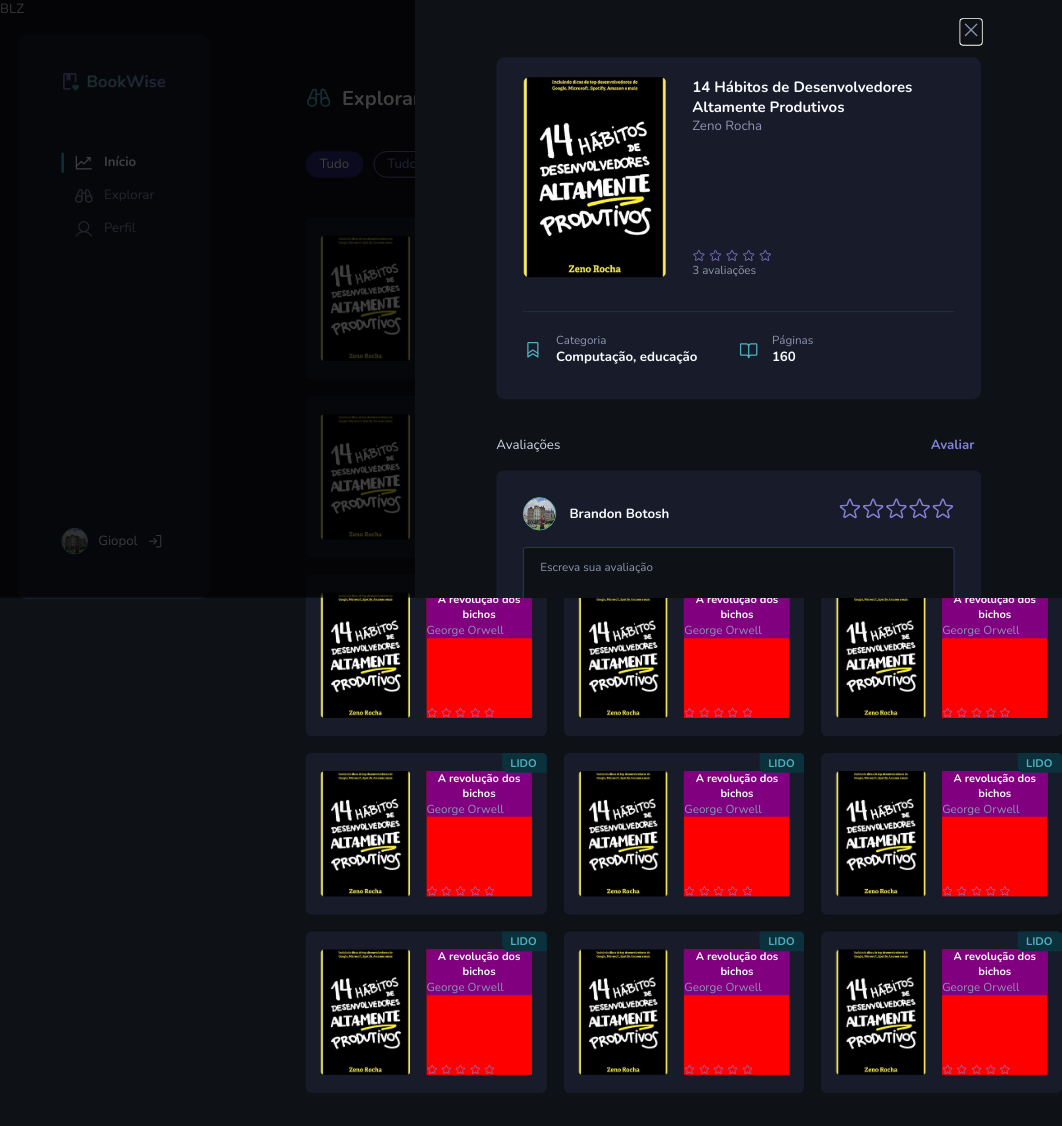
Repository: Giopol12/book-wise
Page: /explore/index.page, after clicking the first element matching `button.c-cppffh`
The author's editor kept a copy of each file at every save. The page is drawn from the files as they stood at one save, then again after a run of saves.
The browser window is 1280 px wide. The pictures show the whole page, at 83% of full size.
An inner scrolling area shows only its first screen. The project was rebuilt for these pictures with package versions that can differ from the ones it lists, and the page was loaded fresh each time. The framework's server and built-in components were replaced by stand-ins that run in the browser. Also part of the build but not shown: next.config.js.

Above is the page before, as saved 2023-10-31 10:30:15.

After the next 3 saves:
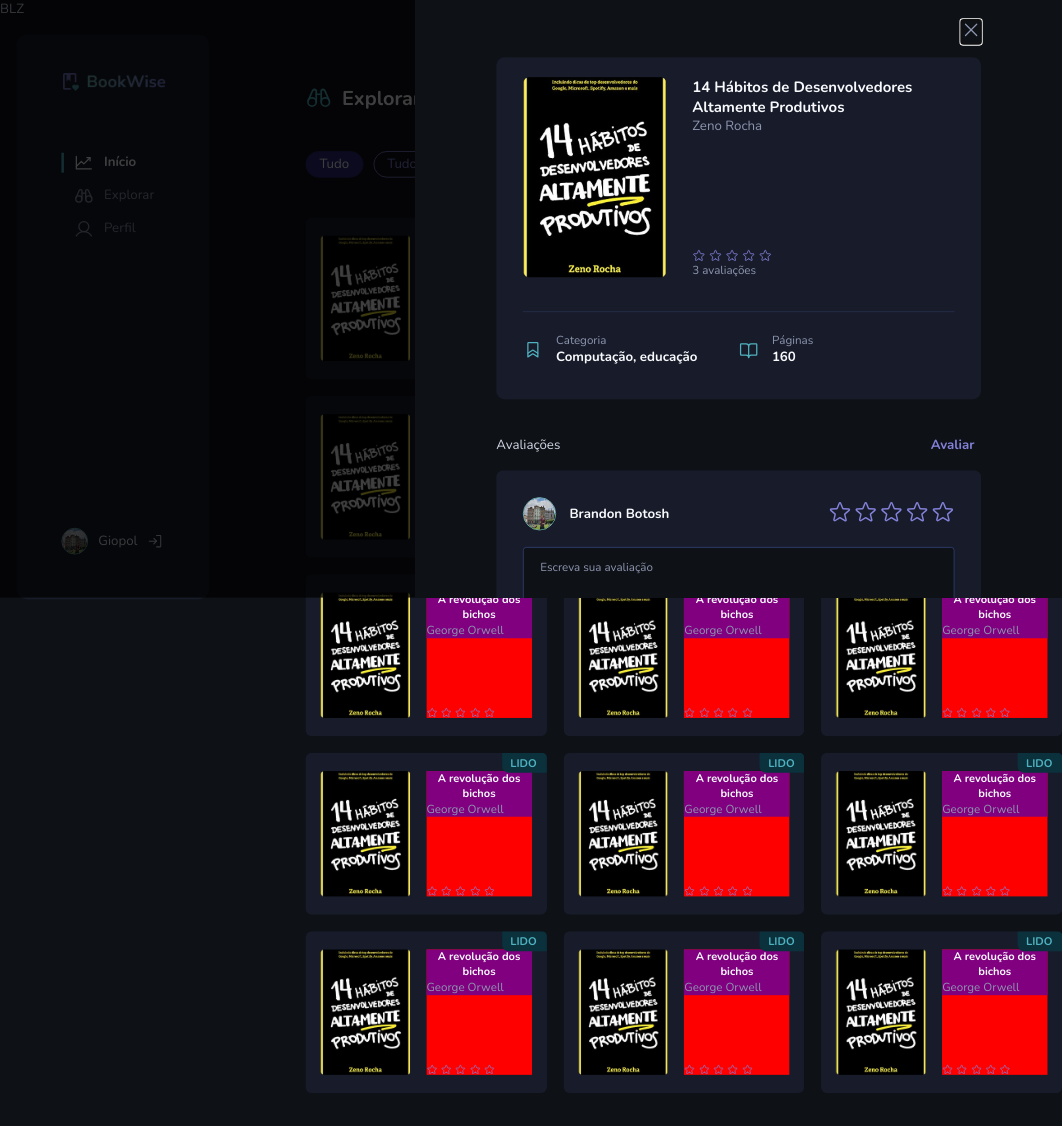
The 3 saves are shown as one change because they came seconds apart.
The last was saved 2 min 54 s later.
--- a/src/components/StarAssessment/styles.ts
+++ b/src/components/StarAssessment/styles.ts
@@ -1,6 +1,9 @@
 import { styled } from '@/styles'
 
-export const StarRankingContainer = styled('div', {})
+export const StarRankingContainer = styled('div', {
+  display: 'flex',
+  gap: 3,
+})
 export const StarButton = styled('button', {
   border: 0,
   backgroundColor: 'transparent',
